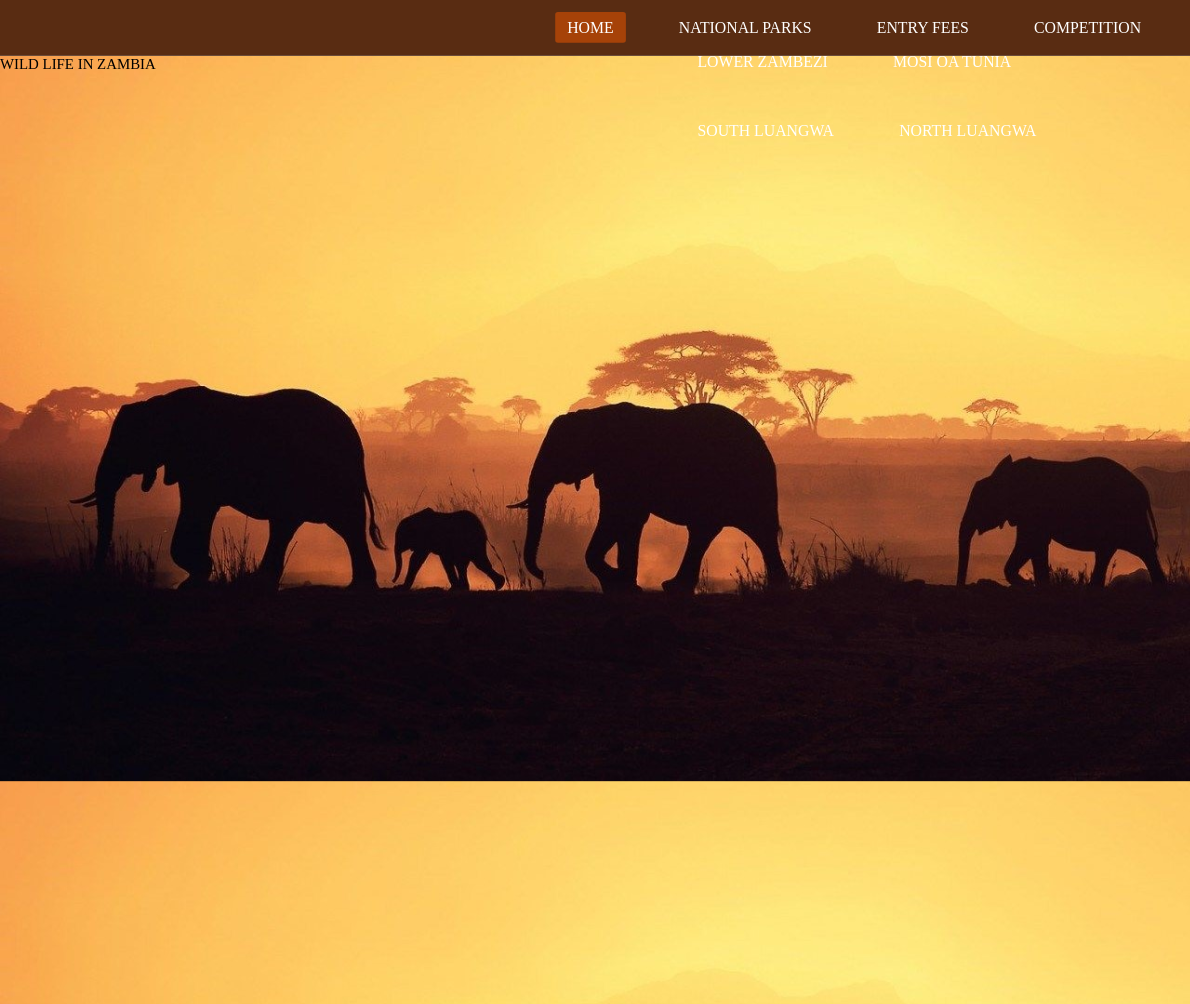
Repository: Lungdjos/web_assignment_3rd_yr
Page: home/index.html
The author's editor kept a copy of each file at every save. The page is drawn from the files as they stood at one save, then again after the next save.
The browser window is 1280 px wide. The pictures show the whole page, at 93% of full size.
Some web libraries are served in a nearby version.

Above is the page before, as saved 2021-06-17 17:59:04.

After the next save:
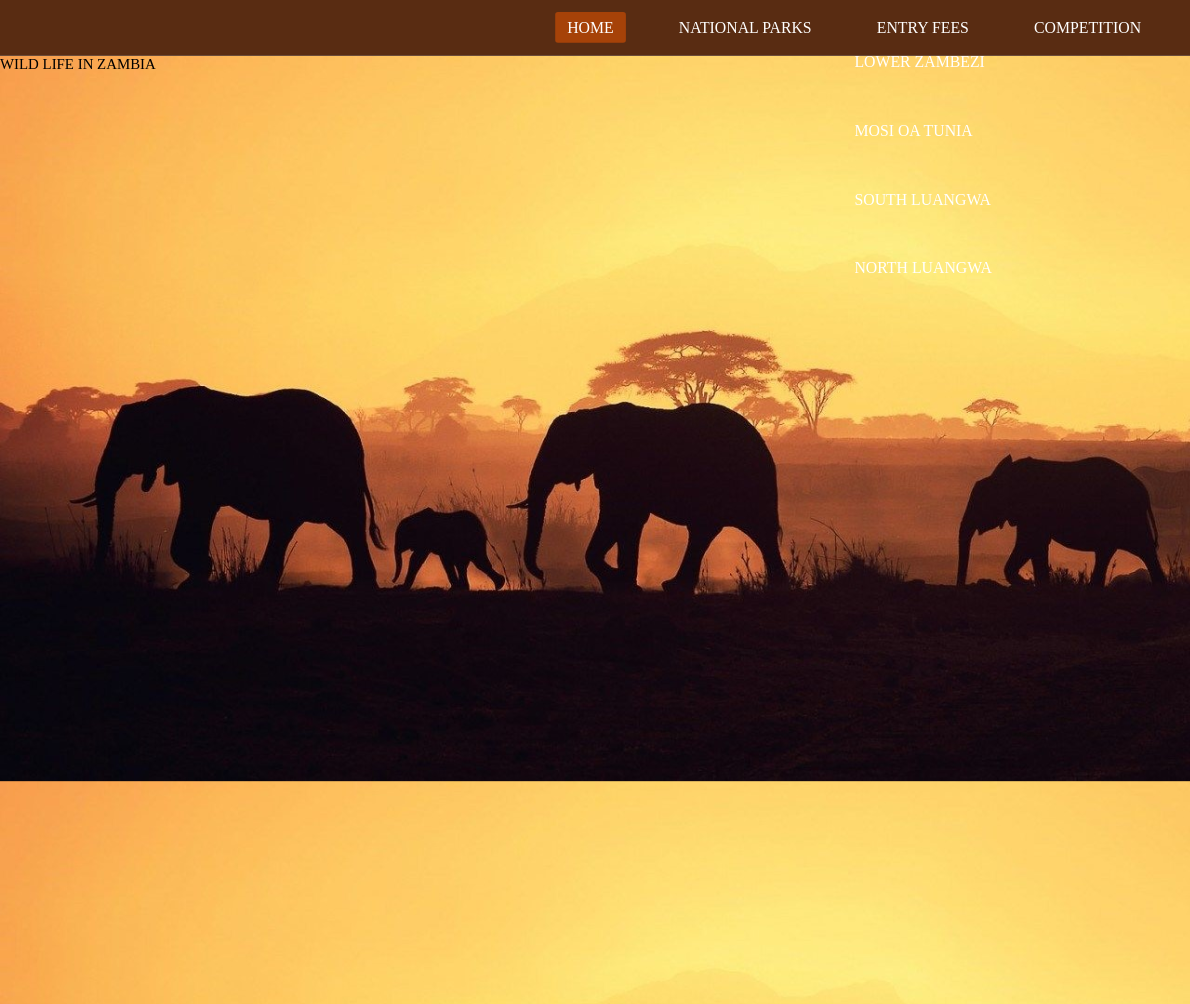
Saved 6 s later.
--- a/home/index.css
+++ b/home/index.css
@@ -126,7 +126,7 @@ nav ul ul {
     position: absolute;
     top: 30px;
     list-style-type: none;
-    display:
+    display: inline-block;
 }
 
 nav ul li a:hover>ul {
